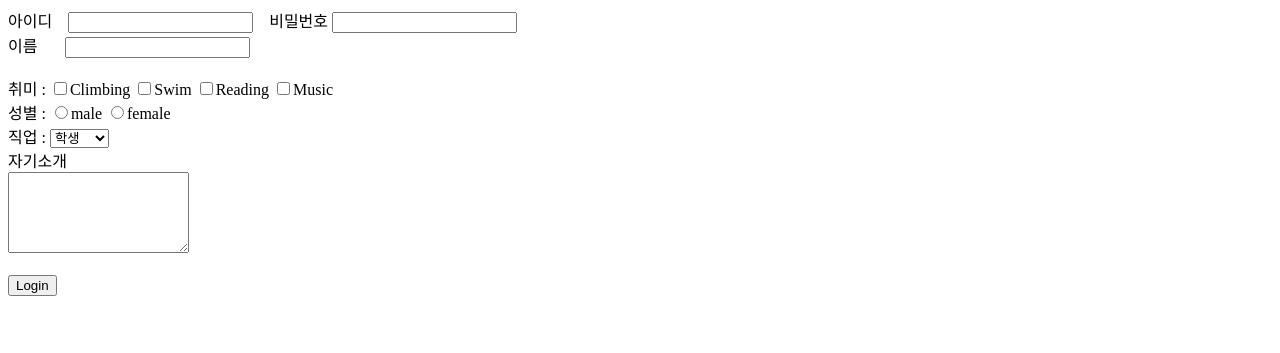
Repository: alsals126/servlet_study_2021
Page: http://localhost/ServletPrj/login_form.jsp
An editor plug-in stored every save of this project. The page is shown before and after the next save, followed by the edit.
The browser window is 1280 px wide. The pictures show the whole page.
The page is served by Tomcat 9. Other server files are loaded and not shown.

Above is the page before, as saved 2021-05-11 00:59:48.

### ServletPrj/WebContent/login_form.jsp
<%@ page language="java" contentType="text/html; charset=EUC-KR"
    pageEncoding="EUC-KR"%>
<!DOCTYPE html>
<html>
<head>
<meta charset="EUC-KR">
<title>Insert title here</title>
</head>
<body>
	<form method="post" action="login">
		아이디  &nbsp;&nbsp;&nbsp;<input type="text" name="id"/> &nbsp;&nbsp;
		비밀번호 <input type="password" name="pw"/><br>
		이름  &nbsp;&nbsp;&nbsp;&nbsp;&nbsp;&nbsp;<input type="text" name="name"/><br><br>
		취미 : <input type="checkbox" name="hobby" value="climbing">Climbing
		      <input type="checkbox" name="hobby" value="swim">Swim
		      <input type="checkbox" name="hobby" value="reading">Reading
		      <input type="checkbox" name="hobby" value="music">Music
		      <br>
		성별 : <input type="radio" name="gender" value="male">male
		      <input type="radio" name="gender" value="female">female
		      <br>
		직업 : <select name="job">
    			<option value="학생">학생</option>
    			<option value="공무원">공무원</option>
    			<option value="무직">무직</option>
			  </select><br>
		자기소개 <br> <textarea rows="5" name="aboutMe"></textarea><br><br>
		<button type="submit">Login</button>
	</form>
</body>
</html>

After the next save:
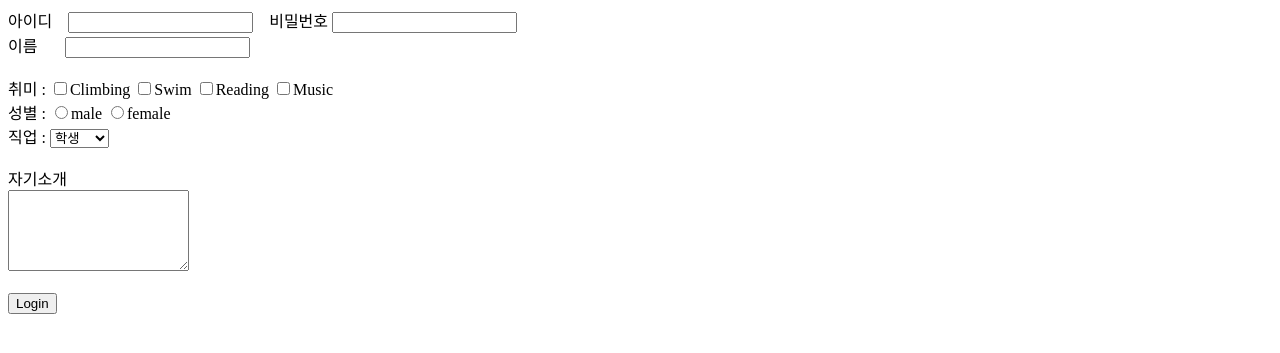
Saved 10 s later.
--- a/ServletPrj/WebContent/login_form.jsp
+++ b/ServletPrj/WebContent/login_form.jsp
@@ -23,7 +23,7 @@
     			<option value="학생">학생</option>
     			<option value="공무원">공무원</option>
     			<option value="무직">무직</option>
-			  </select><br>
+			  </select><br><br>
 		자기소개 <br> <textarea rows="5" name="aboutMe"></textarea><br><br>
 		<button type="submit">Login</button>
 	</form>
